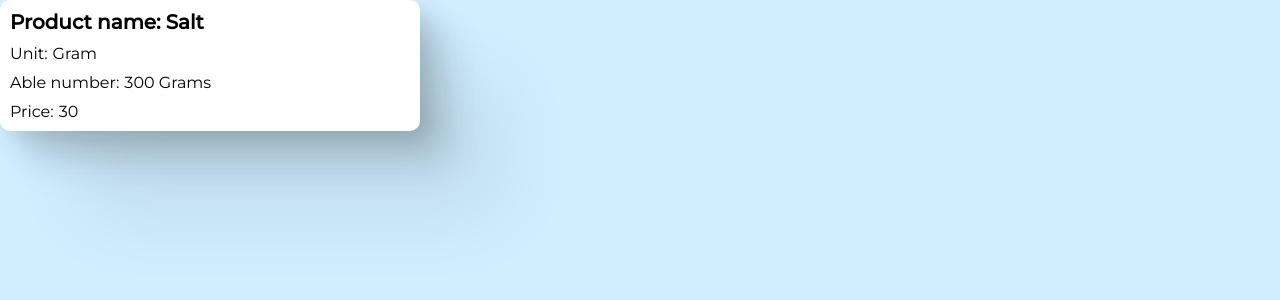
Repository: OlexandraKovach2/Vue
Page: / (app in vuexam/brila-exam/)
The author's editor kept a copy of each file at every save. The page is drawn from the files as they stood at one save, then again after the next save.
The browser window is 1280 px wide. The pictures show the whole page.
The project was rebuilt for these pictures with package versions that can differ from the ones it lists, and the page was loaded fresh each time. Also part of the build but not shown: vuexam/brila-exam/vue.config.js.

Above is the page before, as saved 2022-11-08 21:51:54.

### vuexam/brila-exam/public/index.html
<!DOCTYPE html>
<html lang="">
  <head>
    <meta charset="utf-8">
    <meta http-equiv="X-UA-Compatible" content="IE=edge">
    <meta name="viewport" content="width=device-width,initial-scale=1.0">
    <link rel="icon" href="<%= BASE_URL %>favicon.ico">
    <title><%= htmlWebpackPlugin.options.title %></title>
  </head>
  <body>
    <noscript>
      <strong>We're sorry but <%= htmlWebpackPlugin.options.title %> doesn't work properly without JavaScript enabled. Please enable it to continue.</strong>
    </noscript>
    <div id="app"></div>
    <!-- built files will be auto injected -->
  </body>
</html>

<style>

  *{
    padding: 0px;
    margin: 0px;
  }
  body{
    background-color: rgb(208, 238, 255);
  }

</style>

### vuexam/brila-exam/src/main.js
import { createApp } from 'vue'
import App from './App.vue'
import store from '@/store'

createApp(App).use(store).mount('#app')

### vuexam/brila-exam/src/App.vue
<template>
  <div>
    <ObjectTable :listData="list"/>
  </div>
</template>

<script>
  import { mapGetters } from 'vuex';
  import ObjectTable from "./components/ObjectTable";
  export default {
    name: "App",
    components: {
      ObjectTable,
    },
    computed: {
      ...mapGetters(['list']),
    },
  }
</script>

<style lang="scss" scoped>
@import url('https://fonts.googleapis.com/css2?family=Montserrat:wght@100;200;300;400;500&display=swap');
*{
  font-family: 'Montserrat', sans-serif;
}
</style>

### vuexam/brila-exam/src/store/index.js
import {createStore} from 'vuex'

const store = createStore({
    state: {
        list: [
            {
                id: 1,
                name: "Salt",
                unit: "Gram",
                count: "300",
                cost: 30
            }
        ]
    },
    getters: {
        list: state => {
            return state.list;
        }
    },
});

export default store;

### vuexam/brila-exam/src/components/ObjectTable/index.vue
<template>
    <div>
        <ObjectBase v-for="item in listData"
        :key="item.id"
        :id="item.id"
        :name="item.name"
        :unit="item.unit"
        :count="item.count"
        :cost="item.cost"
        />
    </div>
</template>

<script>
    import ObjectBase from "./ObjectBase.vue"
    export default {
        name: "ObjectTable",
        components: {
            ObjectBase,
        },
        props: {
            listData: {
                type: Array,
                default: () => []
            },
        },
    }
</script>

<style lang="scss" scoped>

</style>

### vuexam/brila-exam/src/components/ObjectTable/ObjectBase.vue
<template>
    <div class="ObjectCard">
        <div class="info-row name">
            <div>Product name: </div>
            <div>{{name}}</div>
        </div>
        <div class="info-row">
            <div>Unit: </div>
            <div>{{unit}}</div>
        </div>
        <div class="info-row">
            <div>Able number: </div>
            <div>{{count}} {{unit}}s</div>
        </div>
        <div class="info-row">
            <div>Price: </div>
            <div>{{cost}}</div>
        </div>
    </div>
</template>

<script>
    import { mapGetters } from 'vuex'
    export default {
        name: "ObjectBase",
        computed: {
        ...mapGetters(['list']),
        },
        props: {
            id: {
                type: Number,
                default: 0
            },
            name: {
                type: String,
                default: "None name"
            },
            unit: {
                type: String,
                default: "kilo"
            },
            count: {
                type: Number,
                default: 1
            },
            cost: {
                type: Number,
                default: 10
            }
        },
    }
</script>

<style lang="scss" scoped>
.ObjectCard{
    background-color: white;
    width: 400px;
    border-radius: 10px;
    box-shadow:
  6.6px 6.7px 13.7px rgba(0, 0, 0, 0.04),
  12.9px 13.2px 25.3px rgba(0, 0, 0, 0.053),
  19.2px 19.6px 34.3px rgba(0, 0, 0, 0.057),
  25.9px 26.5px 40.9px rgba(0, 0, 0, 0.057),
  35.7px 36.6px 47.2px rgba(0, 0, 0, 0.057),
  82px 84px 80px rgba(0, 0, 0, 0.07);
  display: flex;
  flex-direction: column;
  gap: 10px;
  padding: 10px;
}
.info-row{
    display: flex;
    gap: 5px;
}
.name{
    font-size: 20px;
    font-weight: 600;
}
</style>

After the next save:
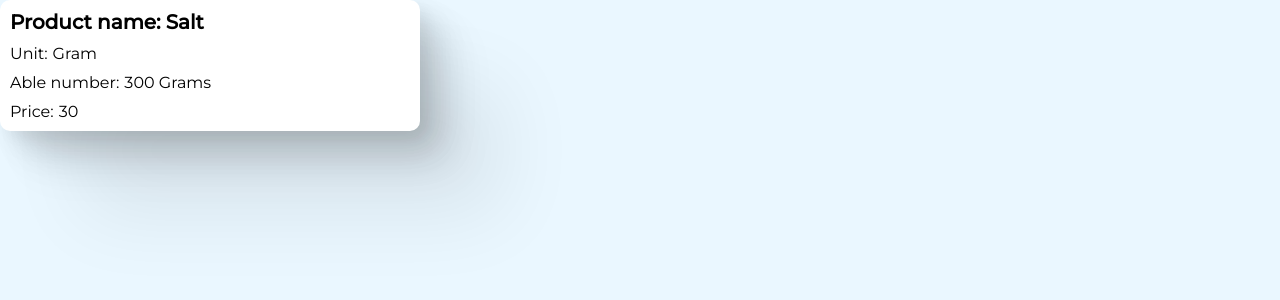
Saved 7 s later.
--- a/vuexam/brila-exam/public/index.html
+++ b/vuexam/brila-exam/public/index.html
@@ -23,7 +23,7 @@
     margin: 0px;
   }
   body{
-    background-color: rgb(208, 238, 255);
+    background-color: rgb(234, 247, 255);
   }
 
 </style>
